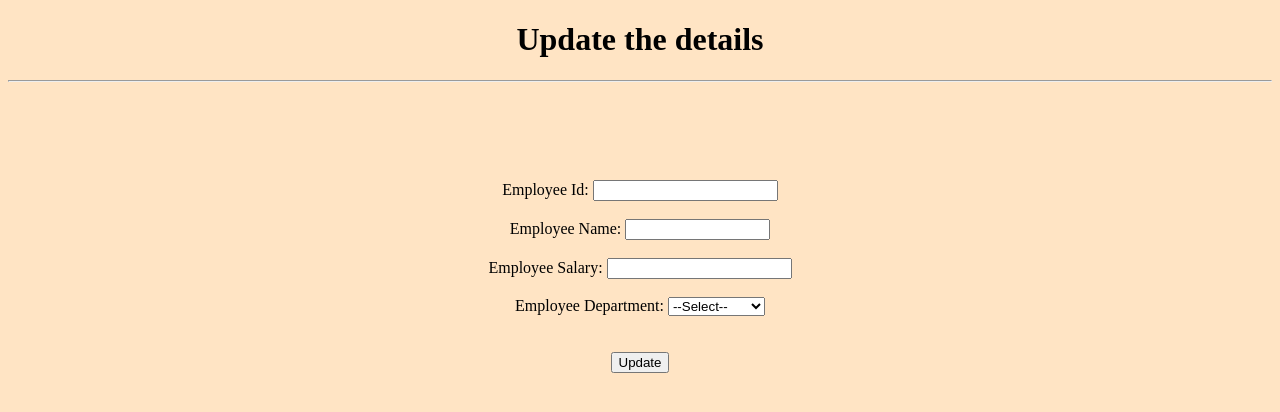
Repository: laikrish/day10
Page: http://localhost/EmployeeApp/updateEmployee.jsp
An editor plug-in stored every save of this project. The page is shown before and after the next save, followed by the edit.
The browser window is 1280 px wide. The pictures show the whole page.
The page is served by Tomcat 9. The template is opened directly, without the code that normally fills it, so the values that code supplies are empty.

Above is the page before, as saved 2018-09-11 09:57:00.

After the next save:
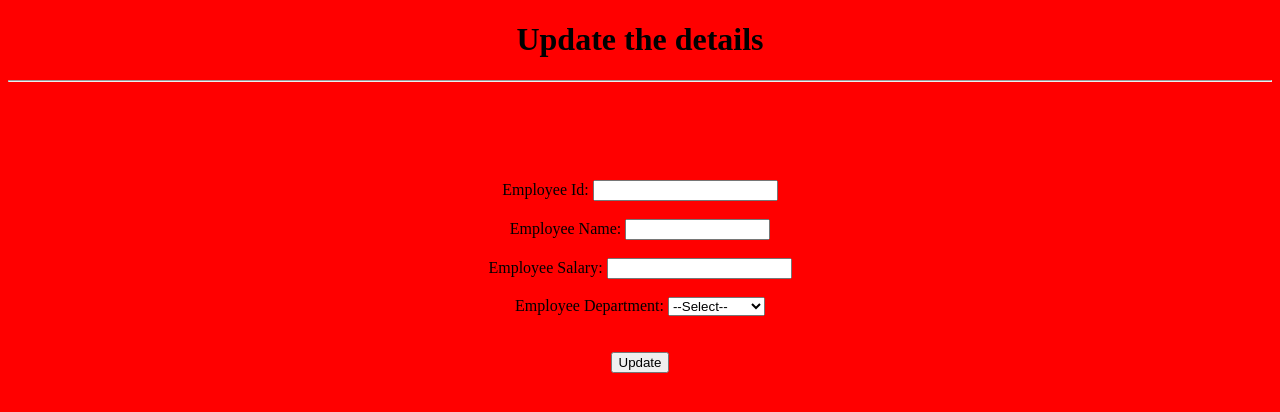
Saved 6 s later.
--- a/EmployeeApp/WebContent/updateEmployee.jsp
+++ b/EmployeeApp/WebContent/updateEmployee.jsp
@@ -6,7 +6,7 @@
 <meta charset="ISO-8859-1">
 <title>Update Employee Details</title>
 </head>
-<body bgcolor=Bisque style="text-align:center">
+<body bgcolor=red style="text-align:center">
 <h1>Update the details</h1>
 <hr>
 <br><br>

After the save that followed:
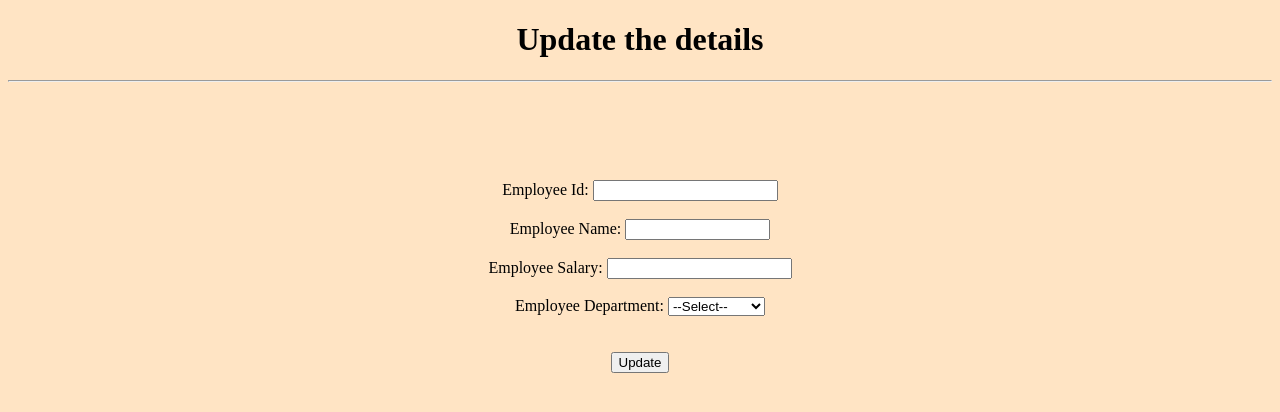
Saved 19 s later.
--- a/EmployeeApp/WebContent/updateEmployee.jsp
+++ b/EmployeeApp/WebContent/updateEmployee.jsp
@@ -6,7 +6,7 @@
 <meta charset="ISO-8859-1">
 <title>Update Employee Details</title>
 </head>
-<body bgcolor=red style="text-align:center">
+<body bgcolor=Bisque style="text-align:center">
 <h1>Update the details</h1>
 <hr>
 <br><br>
